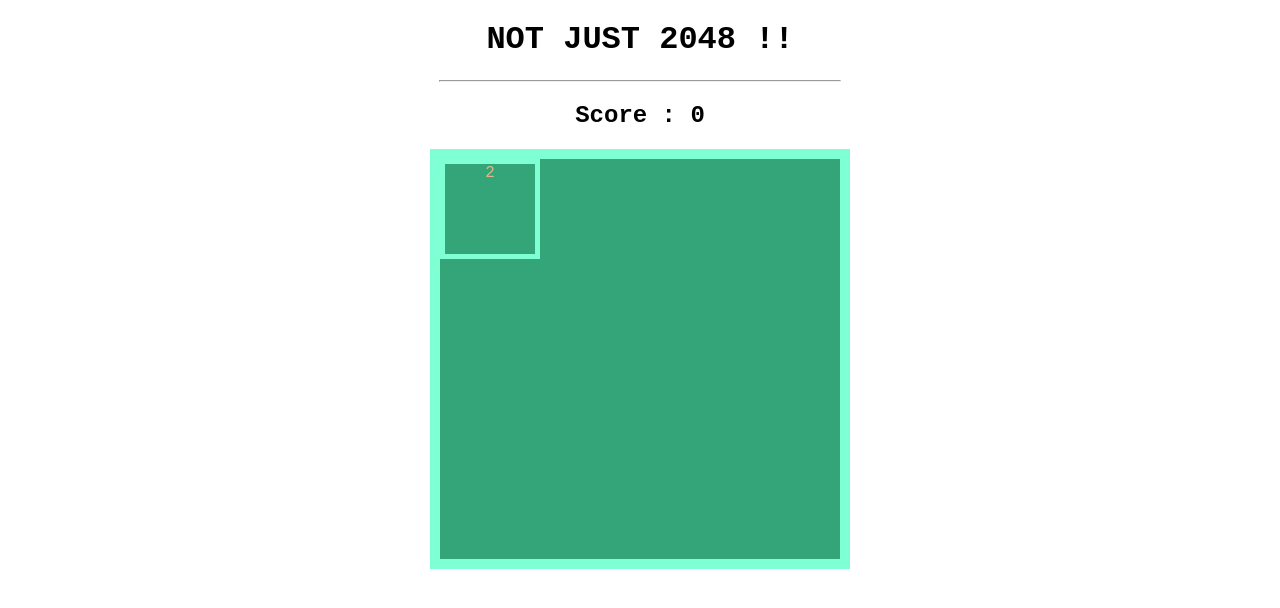
Repository: Prathamyadav1123/2048Game
Page: NotJust2048-main/2048.html
An editor plug-in stored every save of this project. The page is shown before and after a run of saves, followed by the edit.
The browser window is 1280 px wide. The pictures show the whole page.

Above is the page before, as saved 2023-05-31 19:47:54.

After the next 2 saves:
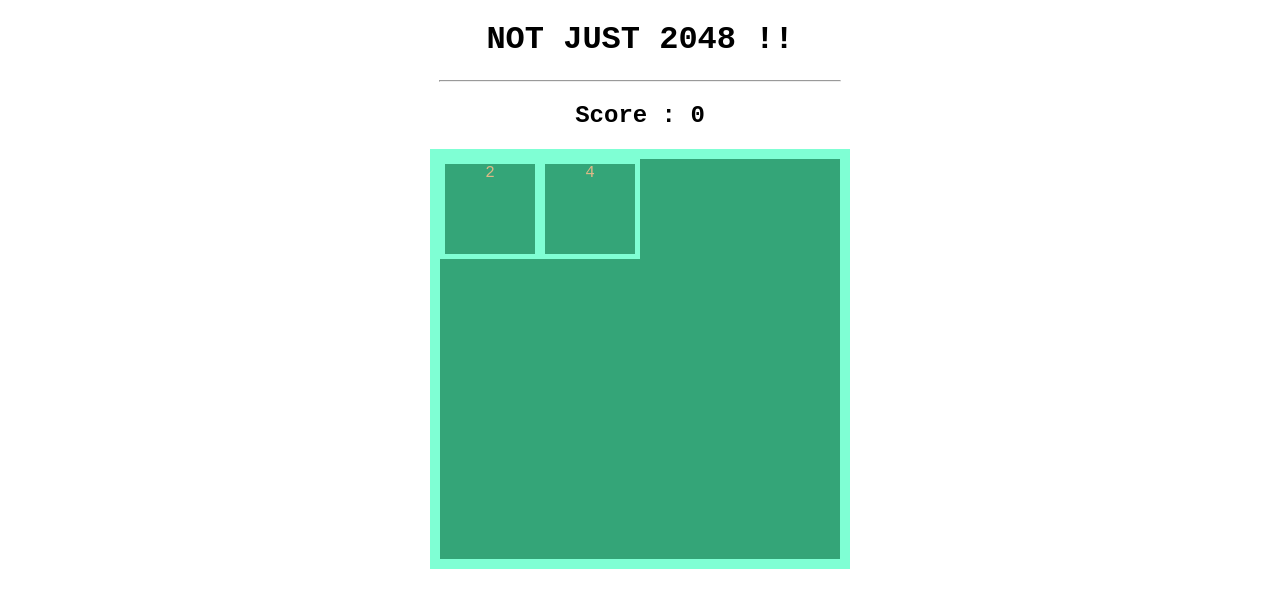
The 2 saves are shown as one change because they came seconds apart.
The last was saved 7 s later.
--- a/NotJust2048-main/2048.html
+++ b/NotJust2048-main/2048.html
@@ -13,7 +13,7 @@
         <h2> Score : <span id="score"> 0 </span></h2>
         <div id="board">
             <div class="tile">2</div>
-            <div class=""></div>
+            <div class="tile">4</div>
         </div>
     </body>
 </html>
